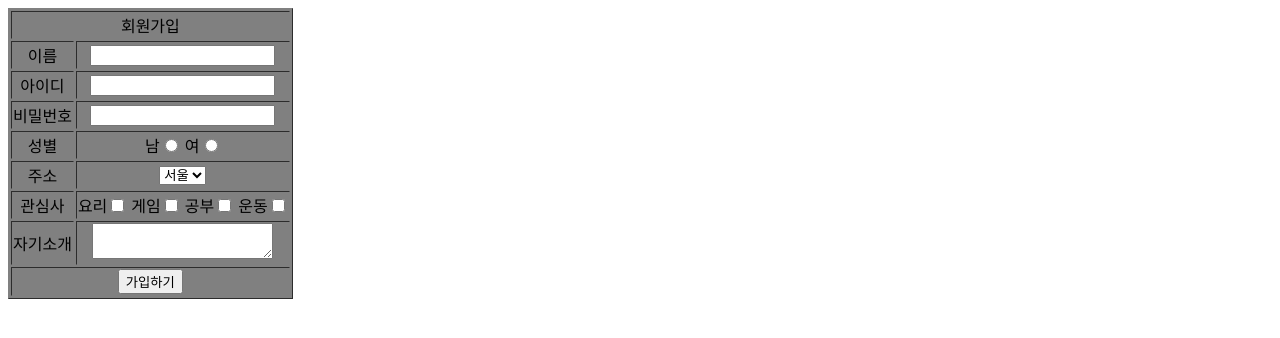
Repository: AiharaAkira/jsp
Page: WebWorkSpace/02_InputOutput/src/main/webapp/reg.html
An editor plug-in stored every save of this project. The page is shown before and after the next save, followed by the edit.
The browser window is 1280 px wide. The pictures show the whole page.

Above is the page before, as saved 2021-11-08 04:25:17.

After the next save:
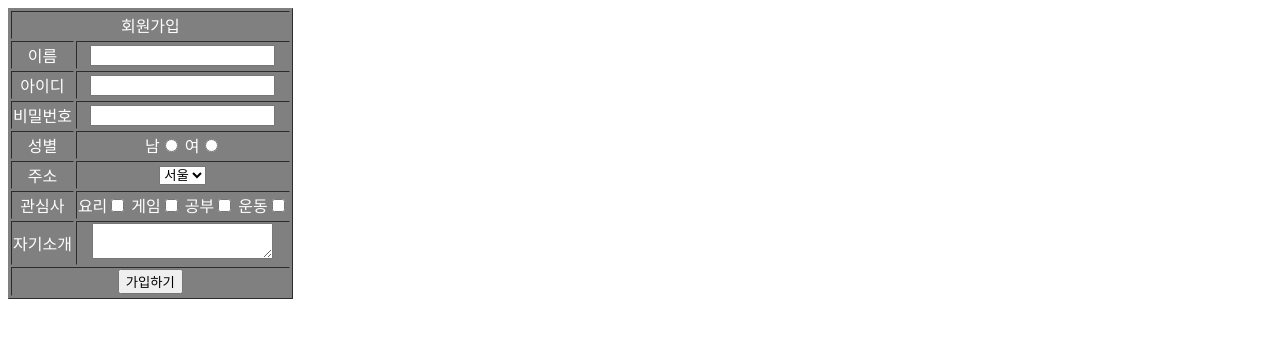
Saved 36 s later.
--- a/WebWorkSpace/02_InputOutput/src/main/webapp/reg.html
+++ b/WebWorkSpace/02_InputOutput/src/main/webapp/reg.html
@@ -6,7 +6,7 @@
 </head>
 <body>
 	<form action="reg" method="post">
-		<table border="1" style="text-align:center; background-color:gray">
+		<table border="1" style="text-align:center; background-color:gray; color:white" >
 			<tr>
 				<td colspan="2">회원가입</td>
 			</tr>
